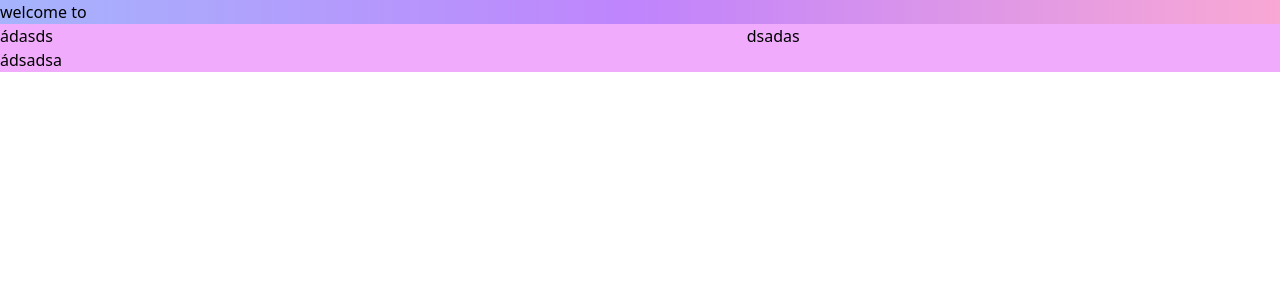
Repository: NguyenVietPhuQuy/ReactJs-TailWind-Redux-FunctionHook-ModelDesign
Page: / (app in modeldesign/)
An editor plug-in stored every save of this project. The page is shown before and after the next save, followed by the edit.
The browser window is 1280 px wide. The pictures show the whole page.
The project was rebuilt for these pictures with package versions that can differ from the ones it lists, and the page was loaded fresh each time. Also part of the build but not shown: modeldesign/src/App.css.

Above is the page before, as saved 2022-11-17 09:35:27.

After the next save:
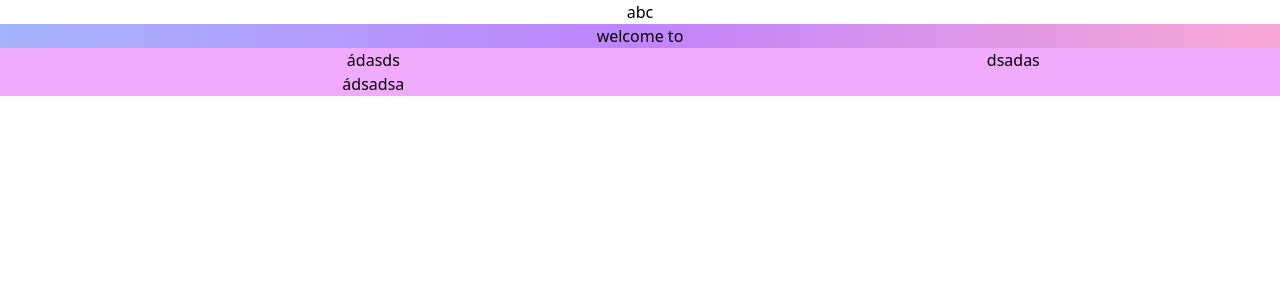
Saved 8 min 15 s later.
--- a/modeldesign/src/App.js
+++ b/modeldesign/src/App.js
@@ -2,7 +2,7 @@ import './App.css';
 import Home from './Components/Home.js'
 function App() {
   return (
-    <div>
+    <div className='text-center'>abc
       <Home/>
     </div>
   );
